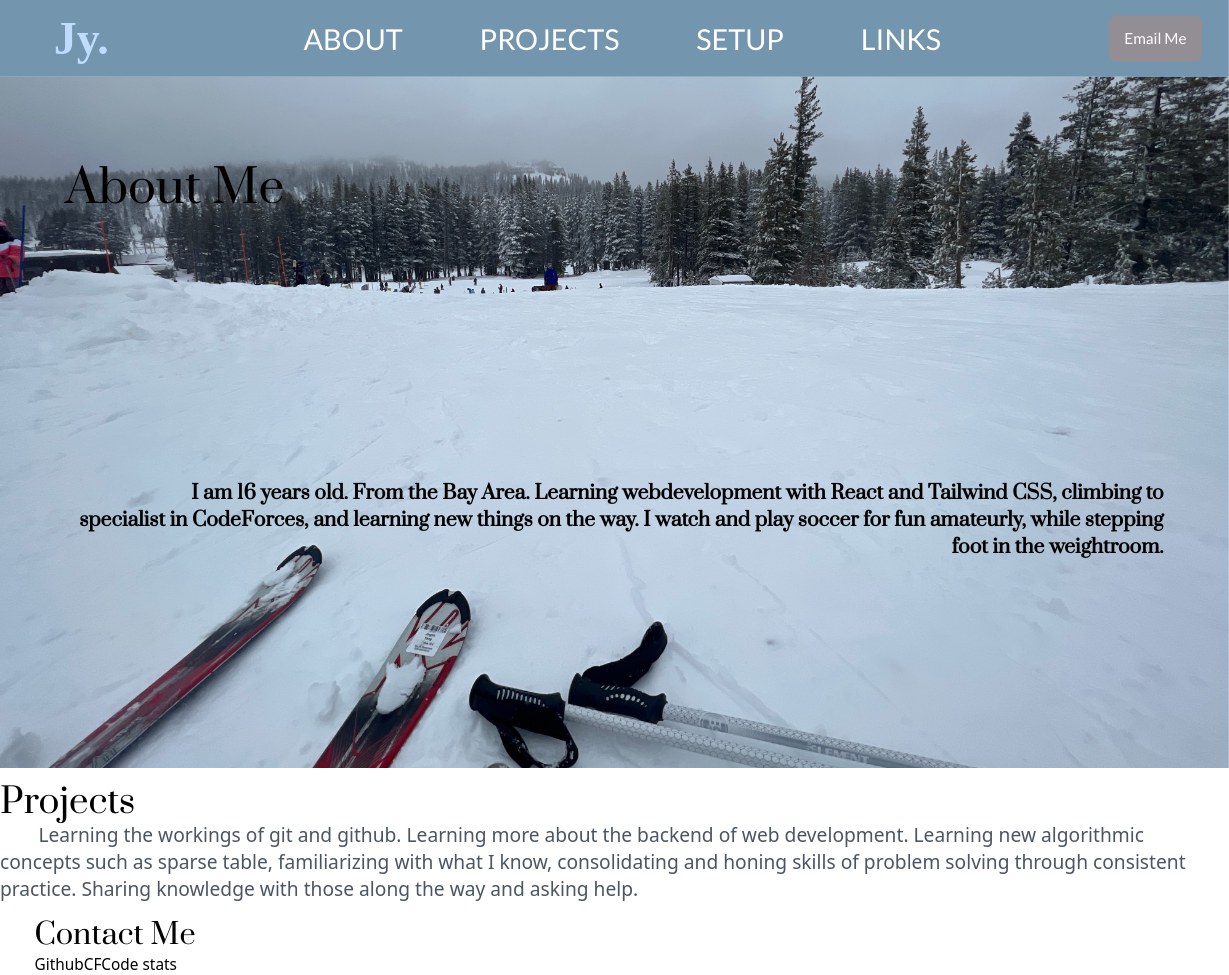
Repository: joshuayanggithub/joshua-yang-website
Page: /
These files come from the project's save history. The page is drawn as it stood at one moment and after the next save; the edit follows.
The browser window is 1280 px wide. The pictures show the whole page, at 96% of full size.
Some web fonts or font styles are not loaded; a fallback is used. The project was rebuilt for these pictures with package versions that can differ from the ones it lists, and the page was loaded fresh each time.

Above is the page before, as saved 2023-01-08 03:16:00.

### public/index.html
<!DOCTYPE html>
<html lang="en">
  <head>
    <meta charset="utf-8" />
    <link rel="icon" href="%PUBLIC_URL%/favicon.ico" />
    <meta name="viewport" content="width=device-width, initial-scale=1" />
    <meta name="theme-color" content="#000000" />
    <meta
      name="description"
      content="Web site created using create-react-app"
    />
    <link rel="apple-touch-icon" href="%PUBLIC_URL%/logo192.png" />
    <!--
      manifest.json provides metadata used when your web app is installed on a
      user's mobile device or desktop. See https://developers.google.com/web/fundamentals/web-app-manifest/
    -->
    <link rel="manifest" href="%PUBLIC_URL%/manifest.json" />
    <!--
      Notice the use of %PUBLIC_URL% in the tags above.
      It will be replaced with the URL of the `public` folder during the build.
      Only files inside the `public` folder can be referenced from the HTML.

      Unlike "/favicon.ico" or "favicon.ico", "%PUBLIC_URL%/favicon.ico" will
      work correctly both with client-side routing and a non-root public URL.
      Learn how to configure a non-root public URL by running `npm run build`.
    -->
    <title>Joshua Yang</title>
  </head>
  <body>
    <noscript>You need to enable JavaScript to run this app.</noscript>
    <div id="root"></div>
    <!--
      This HTML file is a template.
      If you open it directly in the browser, you will see an empty page.

      You can add webfonts, meta tags, or analytics to this file.
      The build step will place the bundled scripts into the <body> tag.

      To begin the development, run `npm start` or `yarn start`.
      To create a production bundle, use `npm run build` or `yarn build`.
    -->
  </body>
</html>

### src/index.css
@import url('https://fonts.googleapis.com/css2?family=Lato:ital,wght@0,100;0,300;0,400;0,700;0,900;1,100;1,400;1,700;1,900&display=swap');

@import url('https://fonts.googleapis.com/css2?family=Prata&display=swap');

@import url('https://fonts.googleapis.com/css2?family=Sofia&display=swap');

@tailwind base;
@tailwind components;
@tailwind utilities;

### src/App.js
import NavBar from "./components/NavBar";
import About from "./components/About";
import Contacts from "./components/Contacts";
import Setup from "./components/Setup";
import Projects from "./components/Projects";

function App() {
  return (
    <>
      <NavBar />
      <About />
      <Projects />
      <Setup />
      <Contacts />
    </>
  );
}

export default App;

### src/components/NavBar.jsx
import React, {useState} from "react";
import {AiOutlineMenu,AiOutlineClose} from 'react-icons/ai'
import Button from './Button'

const NavBar = () => {
  const [nav, setNav] = useState(true) //react hooks!

  const toggleNav = () => {
    setNav(!nav)
  }

  const links = [
    {'id': 1, 'name': 'About'},
    {'id': 2, 'name': 'Projects'},
    {'id': 3, 'name': 'Setup'},
    {'id': 4, 'name': 'Links'}
  ]

  const closeButton = (
    <div><AiOutlineClose> size={100}</AiOutlineClose></div>
  )

  const menuButton = (
    <div><AiOutlineMenu> size={100} </AiOutlineMenu></div>
  )

  return (
    <div class="md:flex bg-sasskyblue w-full justify-between items-center h-20 mx-auto px-4">
      <div onClick={toggleNav} class="md:hidden">
        {nav ? <AiOutlineMenu> size="50px"</AiOutlineMenu>: null}
      </div>

      <div class={!nav ? 'hidden' : "hidden md:flex items-center justify-between w-full"}>
        <h1 class="font-cursive text-5xl font-bold text-blue-200 m-10">Jy.</h1>
        <ul class="hidden md:flex gap-10 ">
          {
            links.map((link) =>
              <li key={link.id} class="">
                <a href='#About' class="text-3xl text-white px-5 hover:bg-sasnavyblue hover:font-bold duration-300 uppercase font-navheader">{link.name}</a>
              </li>
            )
          }
        </ul>
        <Button> Email Me </Button>
      </div>

      <div class={!nav ? 'fixed left-0 top-0 w-[30%] h-full border-r border-r-gray-600 bg-sasnavyblue ease-in duration-1000' : "fixed hidden"}>
        <h1 class="font-cursive text-5xl font-bold text-blue-200 m-10">Jy.</h1>
        <ul class="p-4">
          {
            links.map((link) =>
              <li key={link.id} class="p-4 border-b border-b-gray-400">
                <a href='#About' class="text-2xl text-white p-5 hover:bg-sasnavyblue hover:font-bold duration-300 uppercase font-navheader">{link.name}</a>
              </li>
            )
          }
        </ul>
      </div>

      <div onClick={toggleNav}>
        {nav ? null : closeButton }
      </div>
    </div>
  );
};

export default NavBar;

### src/components/About.jsx
import React from 'react'

const About = () => {
  return (
    <div class="h-screen py-10 px-5" style={{backgroundImage: "url(/imgs/snow_background.jpg)",  height: '100vh', width: "100vw", backgroundRepeat: "no-repeat",  backgroundPosition: 'left', backgroundSize: 'cover',}}>
      <h1 class="py-10 px-8 my-3 mx-4 text-black font-pageheader text-5xl max-w-4xl">About Me</h1>
      <p class="py-40 justify-between px-8 my-20 mx-4 indent-10 text-black text-xl font-pageheader font-extrabold text-end" >I am 16 years old. From the Bay Area. Learning webdevelopment with React and Tailwind CSS, climbing to specialist in CodeForces, and learning new things on the way. I watch and play soccer for fun amateurly, while stepping foot in the weightroom. </p>
    </div>
  );
}

export default About

### src/components/Contacts.jsx
import React from 'react'

const Contacts = () => {
  return (
    <div class="mx-5 px-4">
      <h1 class="text-3xl font-pageheader ">Contact Me</h1>
      <a href="https://github.com/joshuayanggithub">Github</a>
      <a href="https://codeforces.com/profile/JoshuaYang">CF</a>
      <a href="https://wakatime.com/@joshuayang">Code stats</a>
    </div>
  );
}

export default Contacts

### src/components/Setup.jsx
import React from 'react'

const Setup = () => {
  return (
    <div>

    </div>
  );
}

export default Setup

### src/components/Projects.jsx
import React from 'react'

const Projects = () => {
  return (
    <div class="my-4">
      <h1 class="text-black text-4xl font-pageheader">Projects</h1>
      <p class="indent-10 text-gray-600 text-xl">
        Learning the workings of git and github. Learning more about the backend of web development. Learning new algorithmic concepts such as sparse table, familiarizing with what I know,  consolidating and honing skills of problem solving through consistent practice. Sharing knowledge with those along the way and asking help.
      </p>
    </div>
  );
}

export default Projects

### src/components/Button.jsx
import React from "react";

const Button = (props) => {
  return (
    <button class="bg-sasgrey text-white font-navheader py-3  px-4 mx-3 rounded-lg">
      {props.children}
    </button>
  );
}

export default Button

### tailwind.config.js
/** @type {import('tailwindcss').Config} */
module.exports = {
  content: [
    "./src/components/*.{html,js,jsx}",
    "./src/**/*.{html,js,jsx}",
  ],
  theme: {
    screens: {
      'sm': '640px',
      // => @media (min-width: 640px) { ... }

      'md': '768px',
      // => @media (min-width: 768px) { ... }

      'lg': '1024px',
      // => @media (min-width: 1024px) { ... }

      'xl': '1280px',
      // => @media (min-width: 1280px) { ... }

      '2xl': '1536px',
      // => @media (min-width: 1536px) { ... }
    },
    extend: {
      colors: {
        'sasblack':'#5D5C61',
        'sasgrey': '#938e93',
        'sasskyblue': '#7395AE',
        'sasnavyblue': '#557A95',
        'sasgold':'#B1A296',
      }
    },
    fontFamily: {
      navheader: ['Lato',],
      pageheader: ['Prata',],
      cursive:['Sofia'],
    },
  },
  plugins: [],
}

Loaded but not shown: src/index.js (common file)

After the next save:
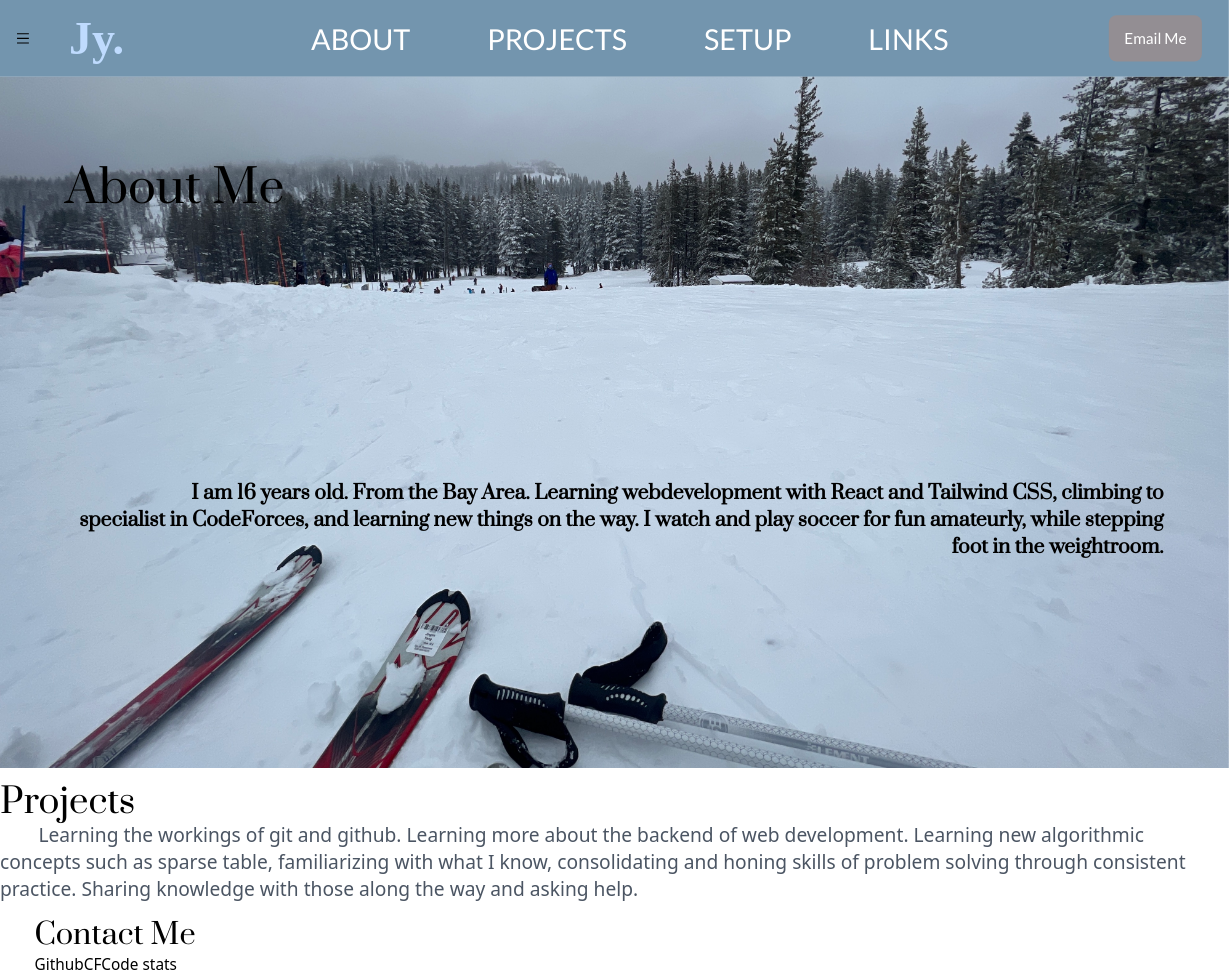
Saved 71 s later.
--- a/src/components/NavBar.jsx
+++ b/src/components/NavBar.jsx
@@ -29,6 +29,8 @@
       <div onClick={toggleNav} class="md:hidden">
         {nav ? <AiOutlineMenu> size="50px"</AiOutlineMenu>: null}
       </div>
+
+      <AiOutlineMenu> size="50px"</AiOutlineMenu>
 
       <div class={!nav ? 'hidden' : "hidden md:flex items-center justify-between w-full"}>
         <h1 class="font-cursive text-5xl font-bold text-blue-200 m-10">Jy.</h1>

After the 2 saves that followed:
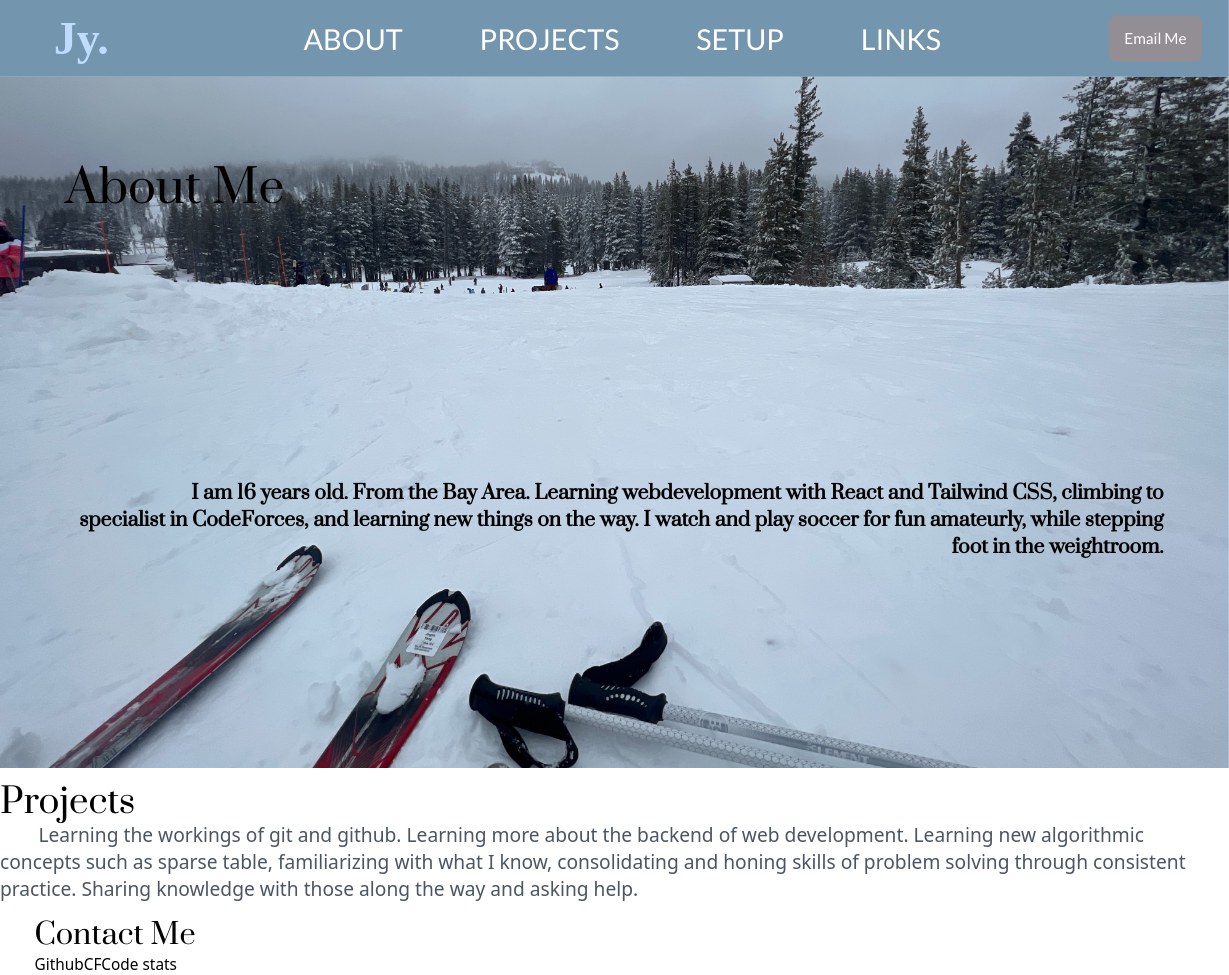
The 2 saves are shown as one change because 1 left the picture as it was.
The last was saved 91 s later.
--- a/src/components/NavBar.jsx
+++ b/src/components/NavBar.jsx
@@ -26,11 +26,6 @@
 
   return (
     <div class="md:flex bg-sasskyblue w-full justify-between items-center h-20 mx-auto px-4">
-      <div onClick={toggleNav} class="md:hidden">
-        {nav ? <AiOutlineMenu> size="50px"</AiOutlineMenu>: null}
-      </div>
-
-      <AiOutlineMenu> size="50px"</AiOutlineMenu>
 
       <div class={!nav ? 'hidden' : "hidden md:flex items-center justify-between w-full"}>
         <h1 class="font-cursive text-5xl font-bold text-blue-200 m-10">Jy.</h1>
